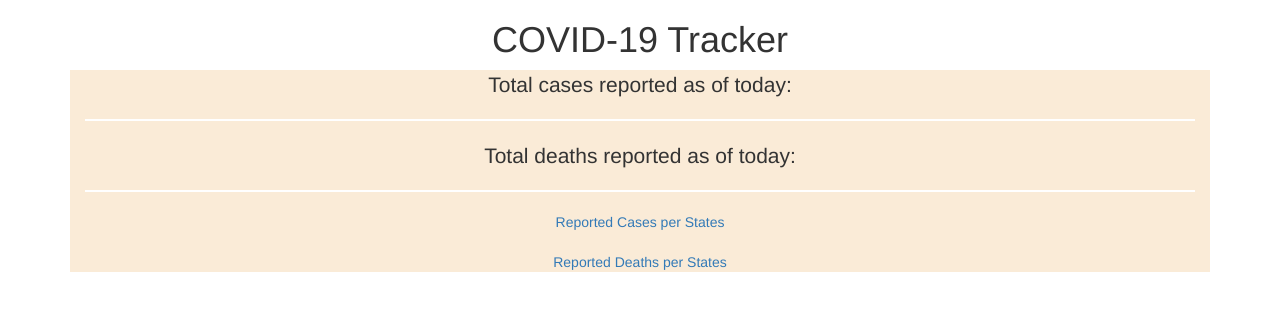
Repository: kimjuneyoung5/Bootcamp-Java
Page: http://localhost/CovidTrackingApp/WEB-INF/index.jsp
An editor plug-in stored every save of this project. The page is shown before and after the next save, followed by the edit.
The browser window is 1280 px wide. The pictures show the whole page.
The page is served by Tomcat 9. Nobody is signed in. The template is opened directly, without the code that normally fills it, so the values that code supplies are empty.

Above is the page before, as saved 2021-10-02 03:23:27.

After the next save:
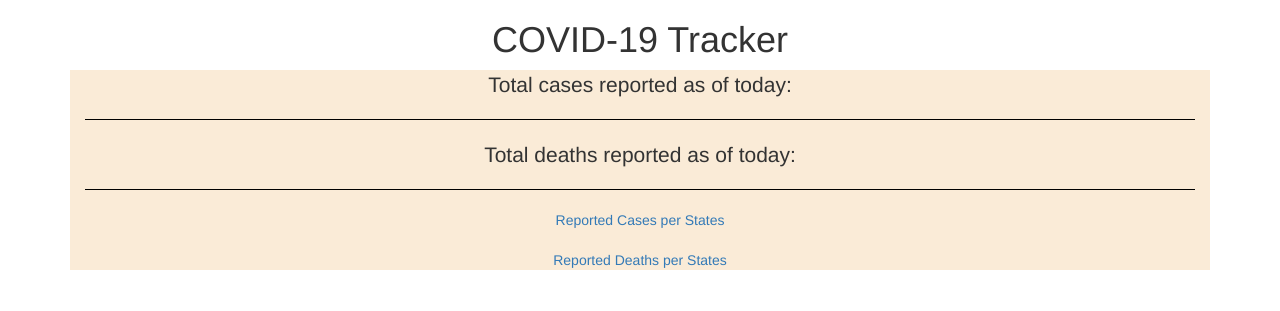
Saved 15 s later.
--- a/oop/CovidTrackingApp/src/main/webapp/WEB-INF/index.jsp
+++ b/oop/CovidTrackingApp/src/main/webapp/WEB-INF/index.jsp
@@ -29,7 +29,7 @@
     		line-height:1.2;
     	}
     	hr{
-    		border-top:2px solid white;
+    		border-top:1px solid black;
     	}
     </style>
 </head>
